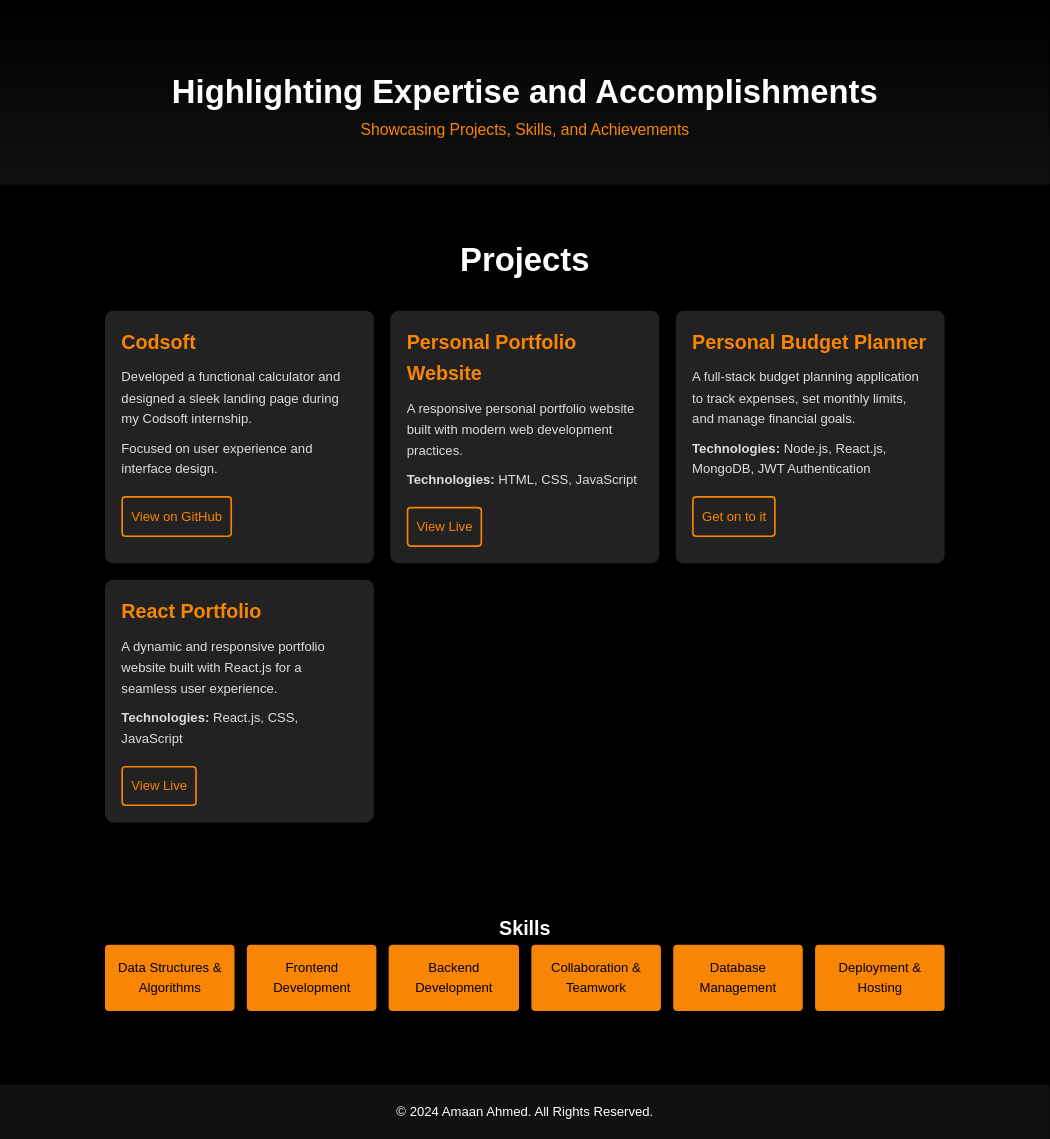
Repository: AmaanLucky/Portfolio
Page: Portfolio-main/portfolio.html
An editor plug-in stored every save of this project. The page is shown before and after the next save, followed by the edit.
The browser window is 1280 px wide. The pictures show the whole page, at 82% of full size.

Above is the page before, as saved 2025-02-28 20:20:34.

After the next save:
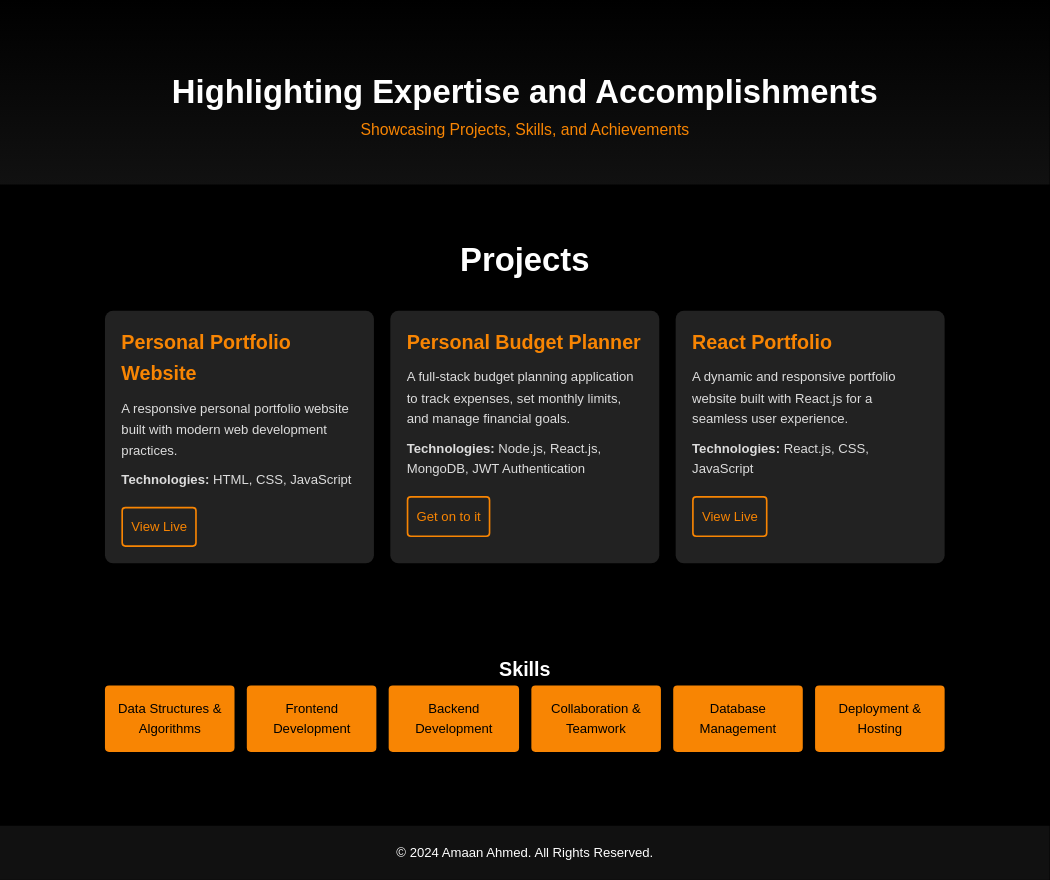
Saved 34 s later.
--- a/Portfolio-main/portfolio.html
+++ b/Portfolio-main/portfolio.html
@@ -20,12 +20,7 @@
   <section class="portfolio-section">
     <h2>Projects</h2>
     <div class="project-grid">
-      <div class="project-card">
-        <h3>Codsoft</h3>
-        <p>Developed a functional calculator and designed a sleek landing page during my Codsoft internship.</p>
-        <p>Focused on user experience and interface design.</p>
-        <a href="https://github.com/AmaanLucky" target="_blank">View on GitHub</a>
-      </div>
+
       <div class="project-card">
         <h3>Personal Portfolio Website</h3>
         <p>A responsive personal portfolio website built with modern web development practices.</p>
